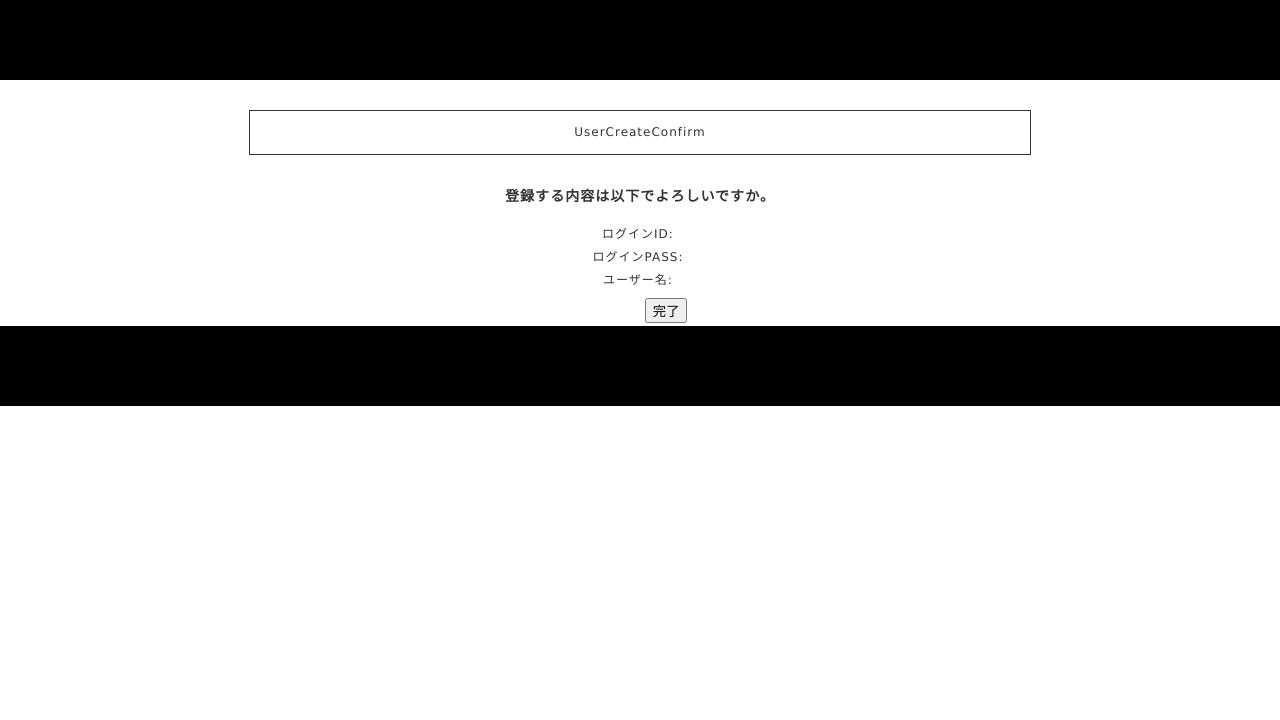
Repository: ryuhei0204/test
Page: http://localhost/template/userCreateConfirm.jsp
An editor plug-in stored every save of this project. The page is shown before and after the next save, followed by the edit.
The browser window is 1280 px wide. The pictures show the whole page.
The page is served by Tomcat 9.

Above is the page before, as saved 2019-05-16 04:15:08.

After the next save:
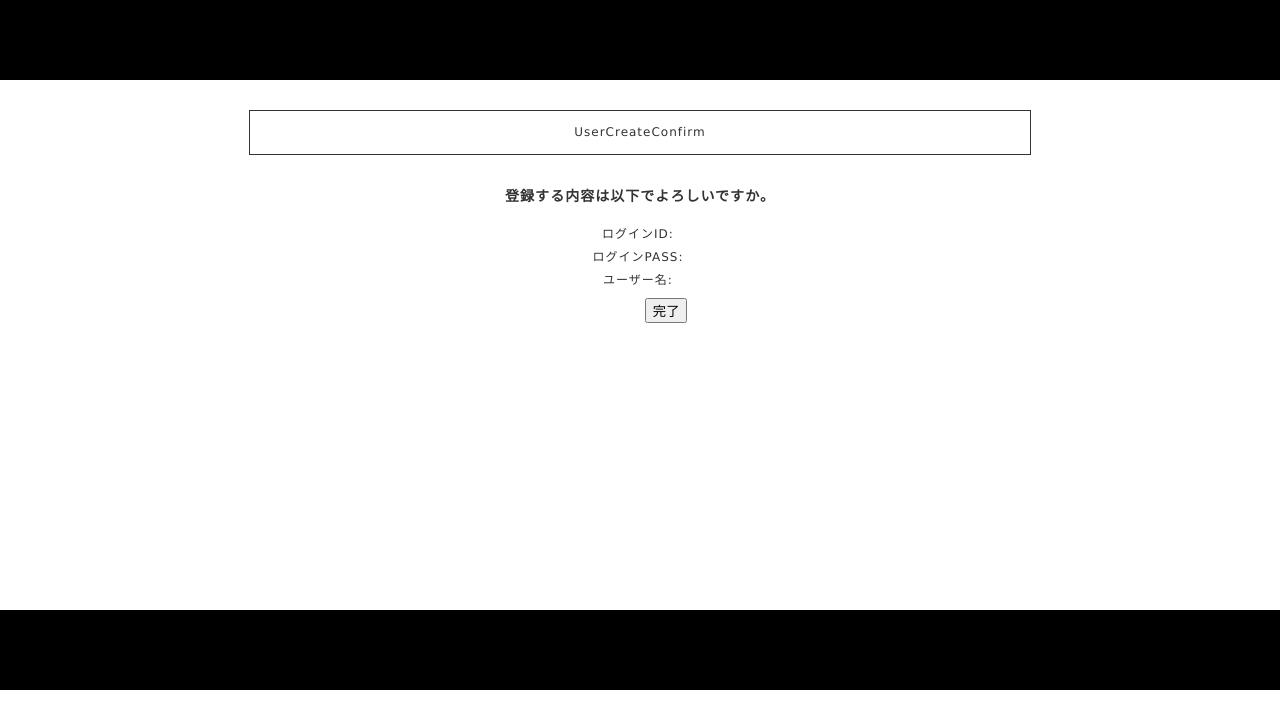
Saved 33 min 34 s later.
--- a/template/WebContent/userCreateConfirm.jsp
+++ b/template/WebContent/userCreateConfirm.jsp
@@ -44,7 +44,7 @@
 
 #main{
   width:100%;
-  geight:500px;
+  height:500px;
   text-align:center;
 }
 
